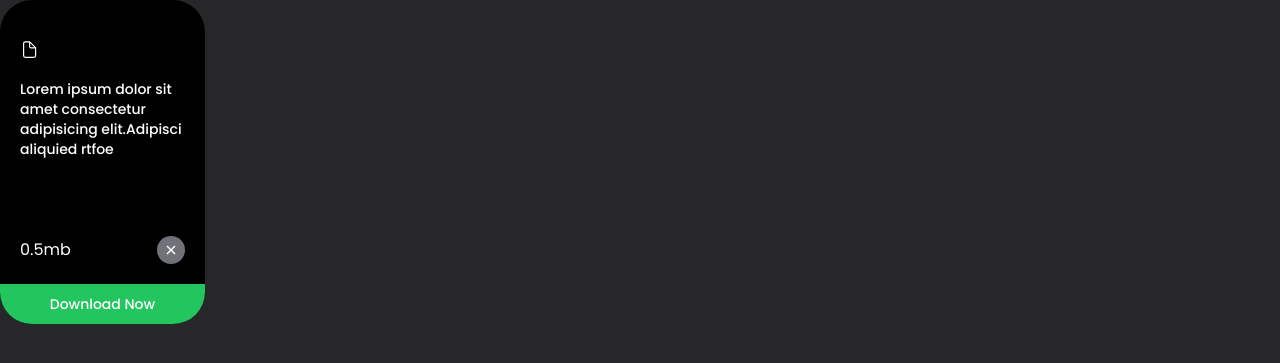
Repository: SharonSebastian32/dragable_cards
Page: /
These files come from the project's save history. The page is drawn as it stood at one moment and after a run of saves; the edit follows.
The browser window is 1280 px wide. The pictures show the whole page.
Some web fonts or font styles are not loaded; a fallback is used. The project was rebuilt for these pictures with package versions that can differ from the ones it lists, and the page was loaded fresh each time. Also part of the build but not shown: vite.config.js.

Above is the page before, as saved 2024-08-21 11:03:45.

After the next 2 saves:
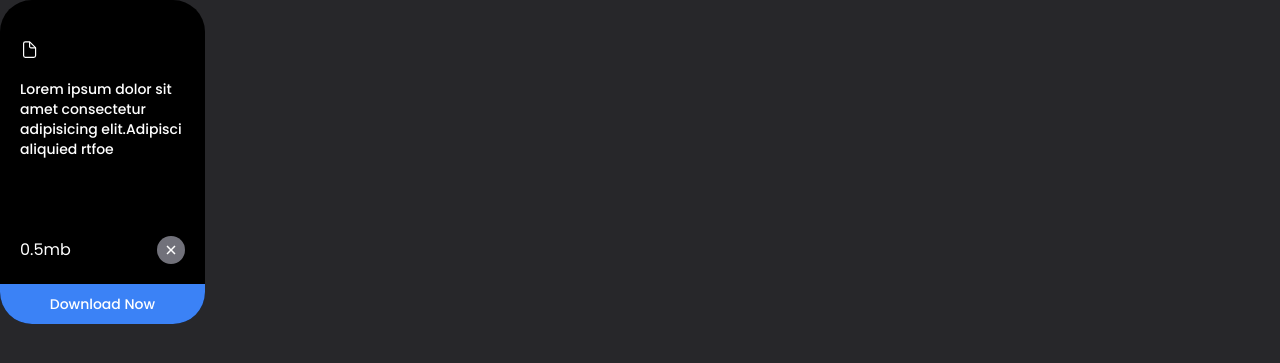
The 2 saves are shown as one change because they came seconds apart.
The last was saved 7 s later.
--- a/src/Components/Card.jsx
+++ b/src/Components/Card.jsx
@@ -16,7 +16,7 @@ const Card = ({ data }) => {
             {data.close ? <IoCloseSharp /> : <LuDownload />}
           </span>
         </div>{" "}
-        <div className="w-full h-10 bg-green-500 flex items-center justify-center cursor-pointer ">
+        <div className="w-full h-10 bg-blue-500 flex items-center justify-center cursor-pointer ">
           <h2 className=" text-sm font-medium"> Download Now </h2>
         </div>
       </div>
